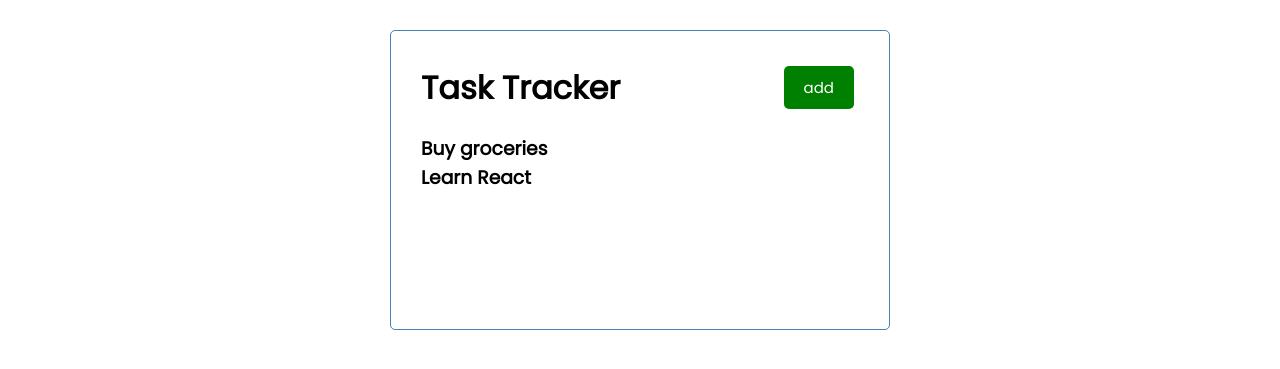
Repository: Samkiroko/task-tracker-app
Page: /
The author's editor kept a copy of each file at every save. The page is drawn from the files as they stood at one save, then again after the next save.
The browser window is 1280 px wide. The pictures show the whole page.
The project was rebuilt for these pictures with package versions that can differ from the ones it lists, and the page was loaded fresh each time.

Above is the page before, as saved 2021-08-02 16:50:55.

After the next save:
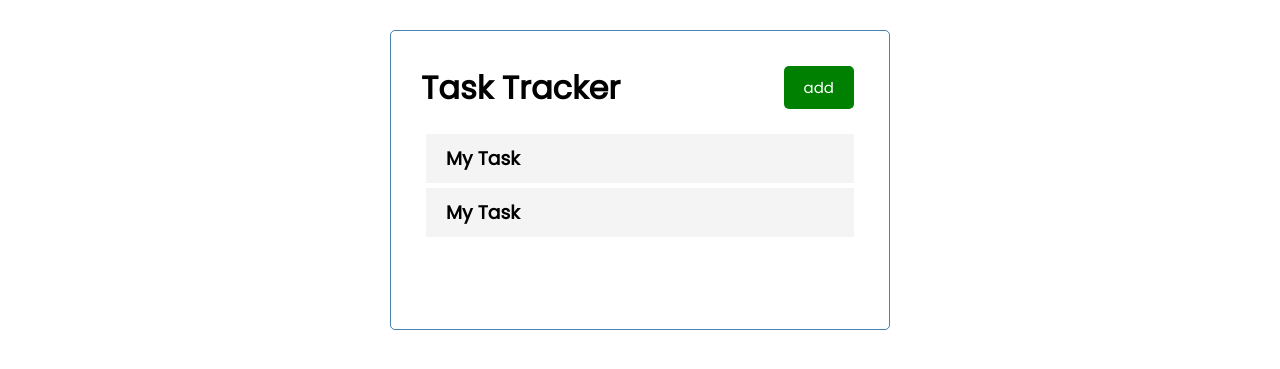
Saved 9 min 37 s later.
--- a/src/components/Tasks.js
+++ b/src/components/Tasks.js
@@ -1,8 +1,10 @@
+import Task from './Task';
+
 const Tasks = ({ tasks }) => {
   return (
     <>
       {tasks.map((task) => (
-        <h3 key={task.id}>{task.text}</h3>
+        <Task key={task.id} task={task} />
       ))}
     </>
   );
